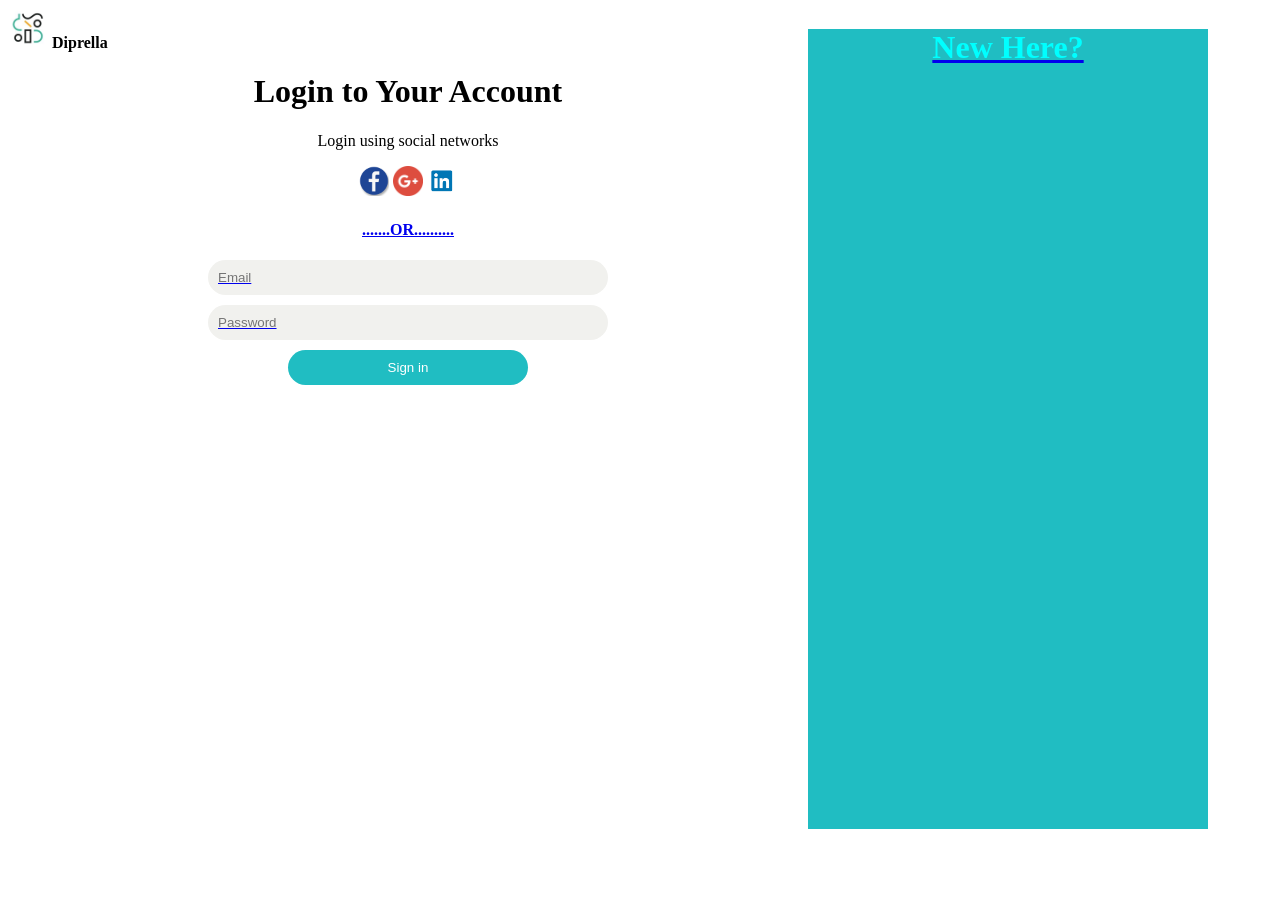
Repository: Tobby004/bdc-assignment-3
Page: task.html
These files come from the project's save history. The page is drawn as it stood at one moment and after the next save; the edit follows.
The browser window is 1280 px wide. The pictures show the whole page.

Above is the page before, as saved 2023-02-22 01:22:33.

After the next save:
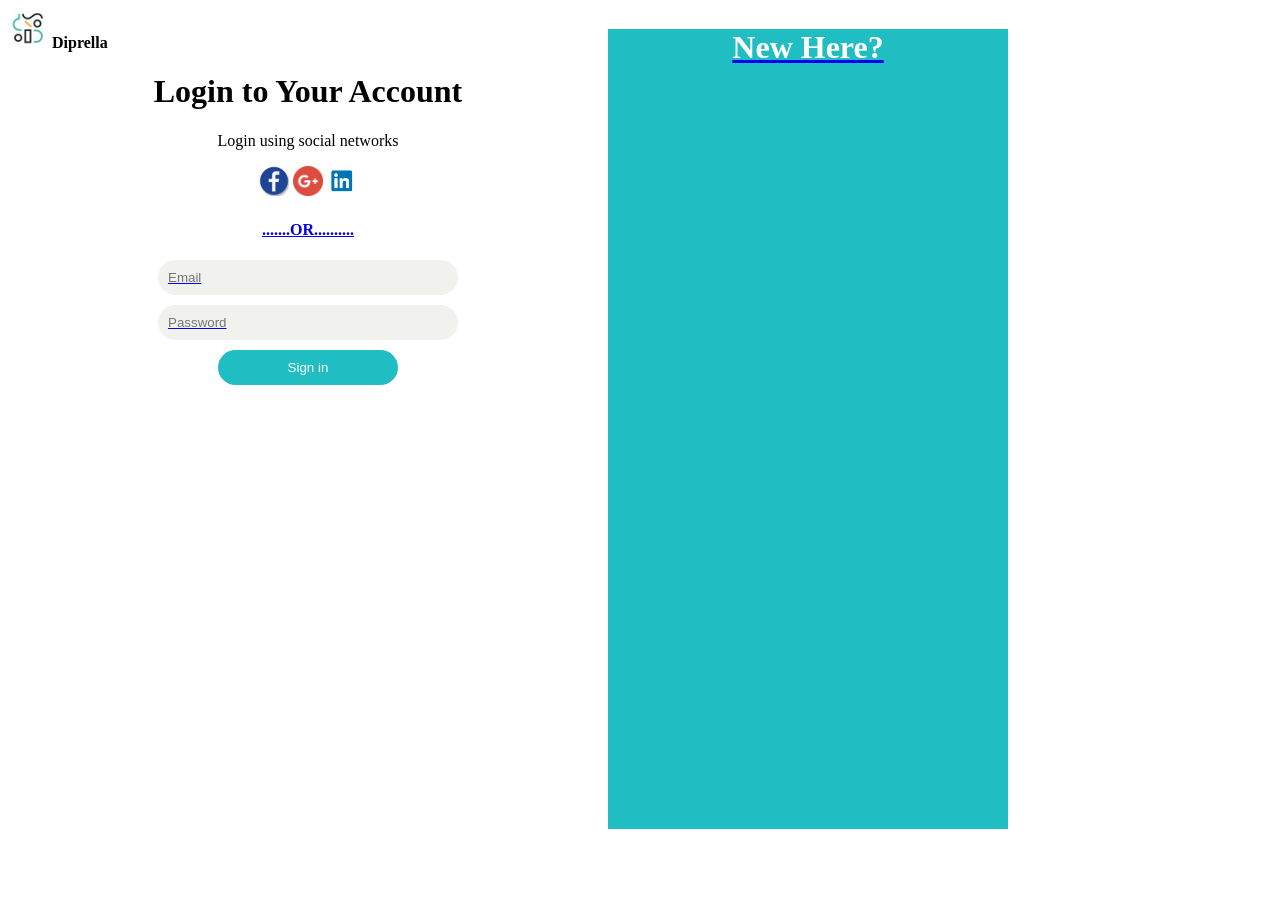
Saved 2 min 46 s later.
--- a/task.css
+++ b/task.css
@@ -3,6 +3,7 @@
 }
 .container{
     display: flex;
+    max-width: 1000px;
 }
 .box1 {
     background-color: white;
@@ -36,7 +37,7 @@ h4 {
 }
 
 input  {
-    display: flex;
+  display: flex;
   background-color: rgb(241, 241, 238);
   max-width: 800px;
   width: 50%;
@@ -56,6 +57,5 @@ input  {
     background-color: #20bdc2;
 }
 .box2 h1 {
-    color: aqua;
-    text-decoration: none;
+    color: white;
 }
